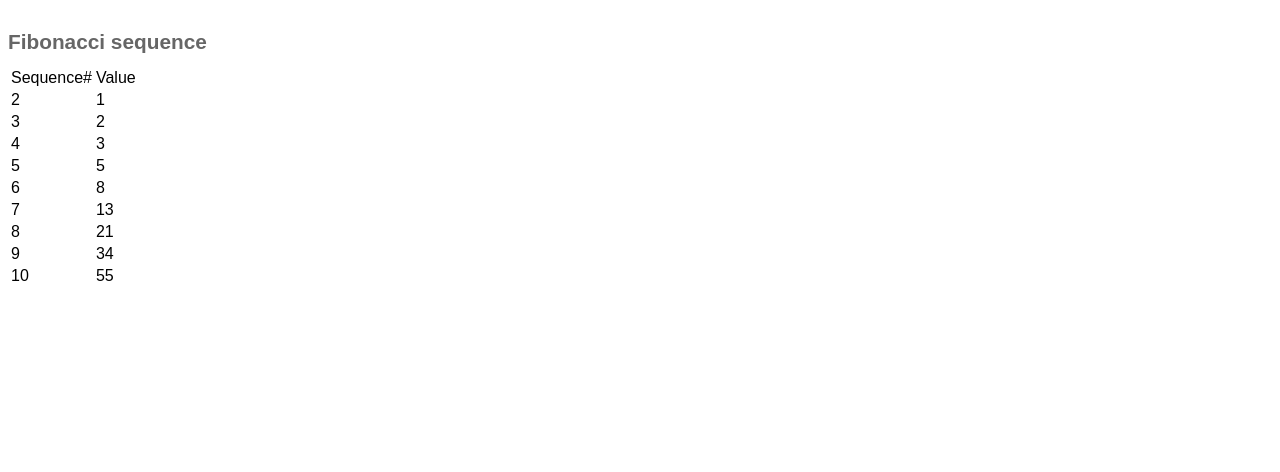
Repository: hhugohm/php_basic
Page: http://localhost/src/fibonnacci.php
The author's editor kept a copy of each file at every save. The page is drawn from the files as they stood at one save, then again after the next save.
The browser window is 1280 px wide. The pictures show the whole page.
The page is run by PHP 8.4 with error messages shown; the project is at /var/www/html/.

Above is the page before, as saved 2017-06-08 22:41:54.

After the next save:
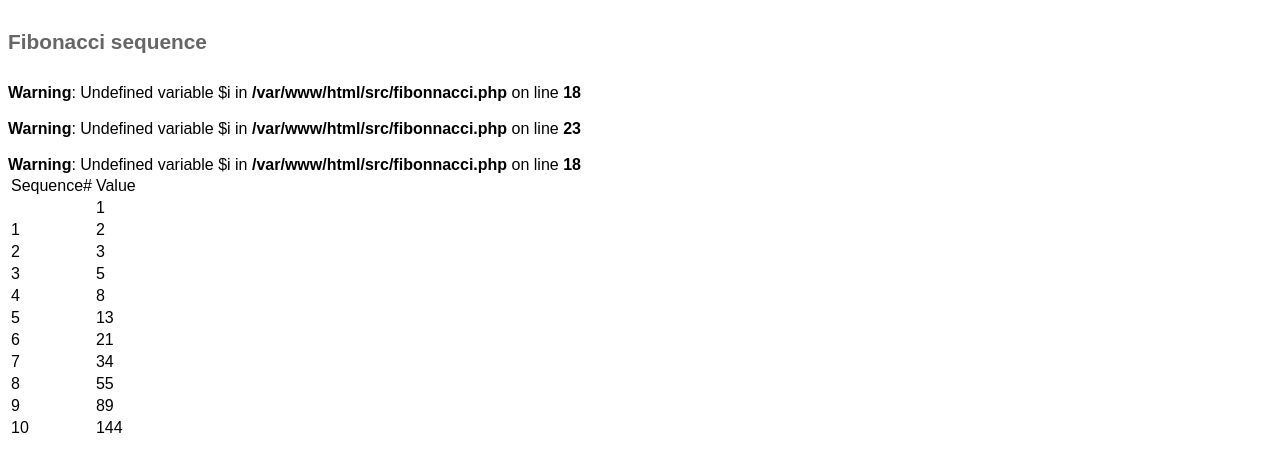
Saved 44 s later.
--- a/php_unidad4/src/fibonnacci.php
+++ b/php_unidad4/src/fibonnacci.php
@@ -15,7 +15,7 @@
 		<td>Sequence#  </td>
 		<td>Value      </td>
 	</tr>";
-for($i=2;$i<= $iteraciones;$i++){
+for($i;$i<= $iteraciones;$i++){
 	$sum=$num1+$num2;
 	$num1=$num2;
 	$num2=$sum;

After the save that followed:
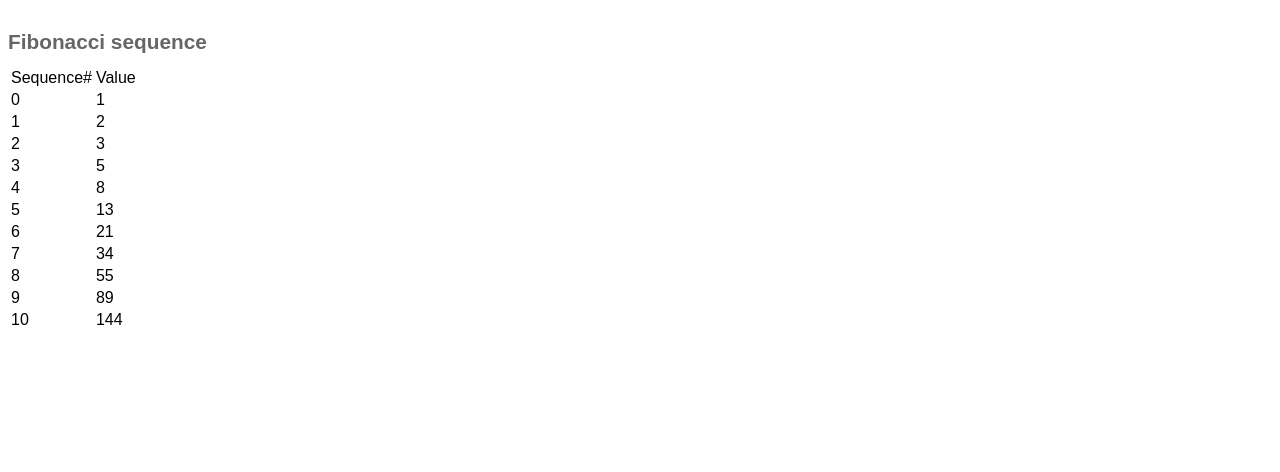
Saved 30 s later.
--- a/php_unidad4/src/fibonnacci.php
+++ b/php_unidad4/src/fibonnacci.php
@@ -15,7 +15,7 @@
 		<td>Sequence#  </td>
 		<td>Value      </td>
 	</tr>";
-for($i;$i<= $iteraciones;$i++){
+for($i=0;$i<= $iteraciones;$i++){
 	$sum=$num1+$num2;
 	$num1=$num2;
 	$num2=$sum;
